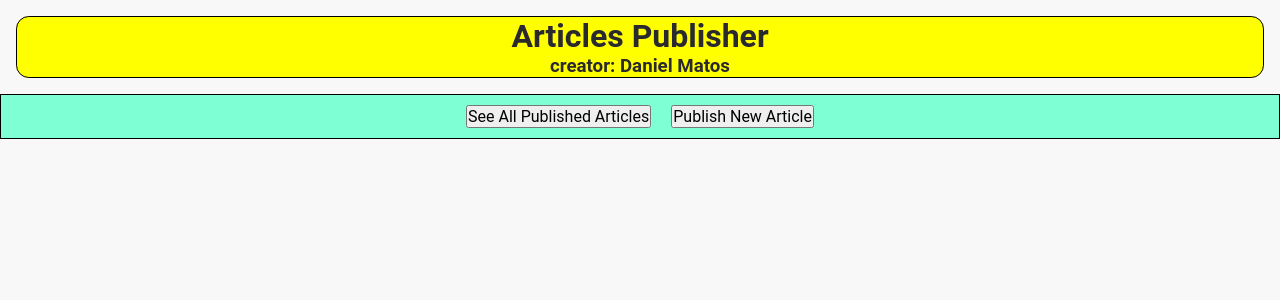
Repository: batmit/publish_articles
Page: /
An editor plug-in stored every save of this project. The page is shown before and after the next save, followed by the edit.
The browser window is 1280 px wide. The pictures show the whole page.
The project was rebuilt for these pictures with package versions that can differ from the ones it lists, and the page was loaded fresh each time. Also part of the build but not shown: src/pages/articles.tsx, src/styles/Home.scss, src/pages/publish_articles.tsx.

Above is the page before, as saved 2021-06-28 22:20:07.

### public/index.html
<!DOCTYPE html>
<html lang="en">
  <head>
    <meta charset="utf-8" />
    <meta name="viewport" content="width=device-width, initial-scale=1" />
    <meta name="theme-color" content="#000000" />
    <meta
      name="description"
      content="Web site created using create-react-app"
    />
    <title>publish_articles</title>
  </head>
  <body>
    <noscript>You need to enable JavaScript to run this app.</noscript>
    <div id="root"></div>
    <!--
      This HTML file is a template.
      If you open it directly in the browser, you will see an empty page.

      You can add webfonts, meta tags, or analytics to this file.
      The build step will place the bundled scripts into the <body> tag.

      To begin the development, run `npm start` or `yarn start`.
      To create a production bundle, use `npm run build` or `yarn build`.
    -->
  </body>
</html>

### src/App.tsx
import React from 'react';
import { BrowserRouter, Route } from 'react-router-dom';
import { Articles } from './pages/articles';


import {Home} from './pages/Home';
import { publish_articles } from './pages/publish_articles';

import './styles/global.scss';



function App() {
  return (

    <BrowserRouter>

      <Route path='/' exact component={Home} />

      <Route path='/articles' component={Articles} />

      <Route path='/publish' component={publish_articles}/>



    </BrowserRouter>

  );
}

export default App;

### src/pages/Home.tsx
import { useHistory } from 'react-router-dom'
import '../styles/Home.scss';

export function Home() {

    const history = useHistory();

    function publishNewArticle() {
        history.push('/publish');
    };

    function seeAllPublishedArticles() {
        history.push('/articles')
    };

    return (
        <>
            <header>

                <h1>Articles Publisher</h1>
                <h3>creator: Daniel Matos</h3>

            </header>

            <main>

                <button onClick={seeAllPublishedArticles}>
                    See All Published Articles
                </button>

                    <br />

                <button onClick={publishNewArticle}>
                    Publish New Article
                </button>

            </main>
        </>


    );
}

### src/styles/global.scss
* {
    margin: 0;
    padding: 0;
    box-sizing: boder-box;
}

body{
    background: #f8f8f8;
    color: #29292e;
}

body, input, button, textarea {
    font: 400 16px 'Roboto', sans-serif ; // se não rodar o Roboto pega o sans-serif
}

header {
    text-align: center;
    justify-content: center;
    align-items: center;
    background: yellow;
    border: 1px solid black;
    border-radius: 0.8rem;
    margin: 1rem;
}

main {
    align-items: center;
    justify-content: center;
    display: flex;
    gap: 10px;
    background: aquamarine;
    border: 1px solid black;
    padding: 10px;

    button {

    }
}

Loaded but not shown: src/index.tsx (common file)

After the next save:
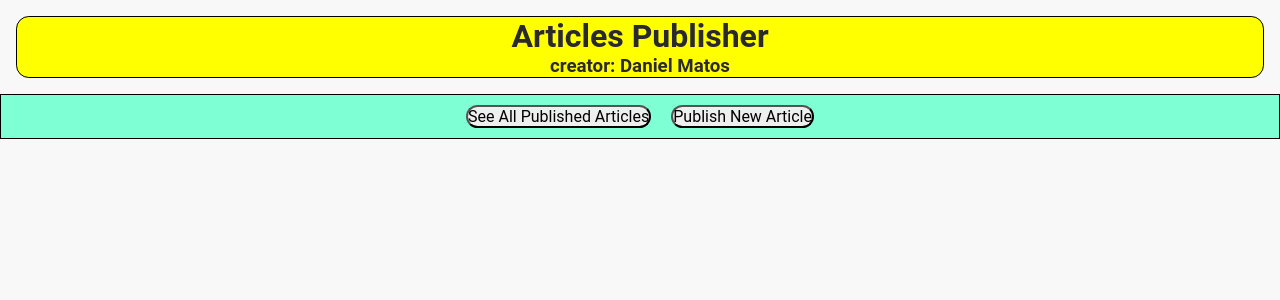
Saved 31 s later.
--- a/src/styles/global.scss
+++ b/src/styles/global.scss
@@ -33,6 +33,6 @@ main {
     padding: 10px;
 
     button {
-
+        border-radius: 0.8rem;
     }
 }
